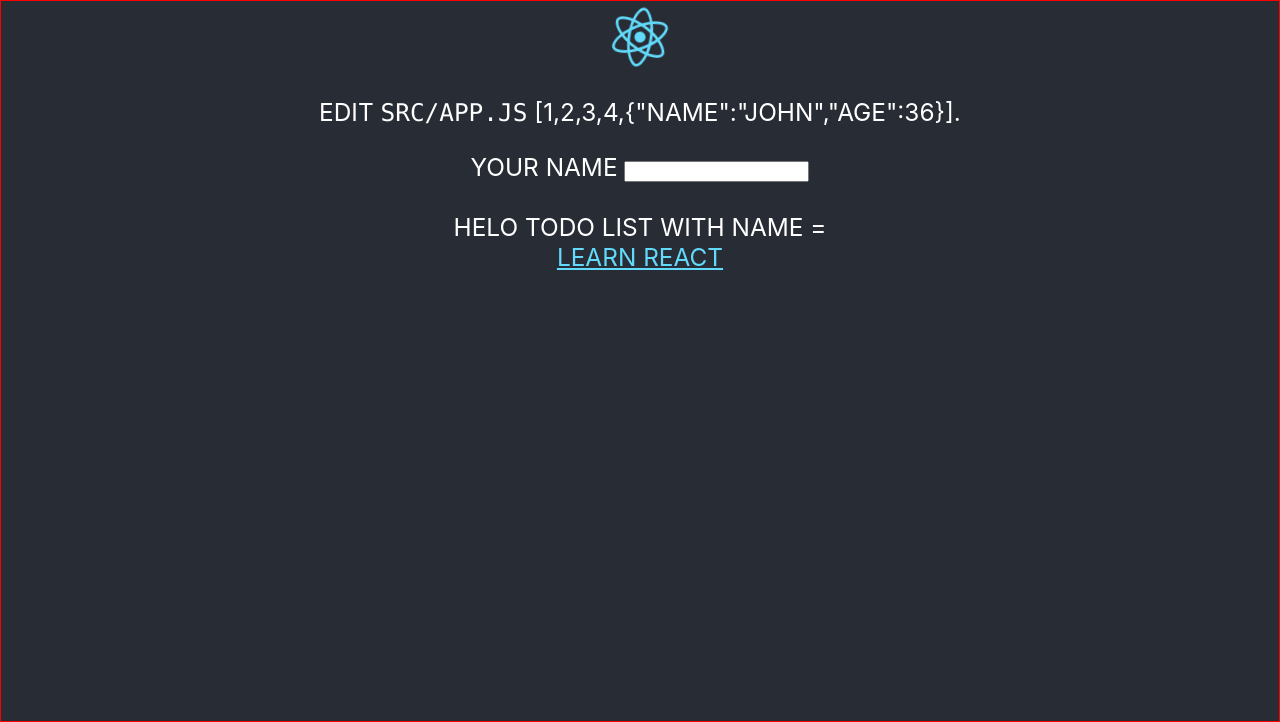
Repository: baothi/learn-reactjs
Page: /
The author's editor kept a copy of each file at every save. The page is drawn from the files as they stood at one save, then again after the next save.
The browser window is 1280 px wide. The pictures show the whole page.
The project was rebuilt for these pictures with package versions that can differ from the ones it lists, and the page was loaded fresh each time.

Above is the page before, as saved 2022-10-01 18:46:47.

### src/App.js
import logo from './logo.svg';
import './App.css';
import TodoList from './componets/TodoList';

// function App() {
const App = () => {
  const x = [1, 2, 3, 4, { name: 'John', age: 36 }]
  // const x = { name: 'John', age: 36 }
  return (
    <div className="App" style={{ border: '1px solid red', textTransform: 'uppercase' }}>
      <header className="App-header">
        <img src={logo} className="App-logo" alt="logo" />
        <p>
          Edit <code>src/App.js</code> {JSON.stringify(x)}.
          {console.log(x)}
        </p>
        <TodoList />
        <a
          className="App-link"
          href="https://reactjs.org"
          target="_blank"
          rel="noopener noreferrer"
        >
          Learn React
        </a>
      </header>
    </div>
  );
}

export default App;

### src/App.css
.App {
  text-align: center;
}

.App-logo {
  height: 10vmin;
  pointer-events: none;
}

@media (prefers-reduced-motion: no-preference) {
  .App-logo {
    animation: App-logo-spin infinite 20s linear;
  }
}

.App-header {
  background-color: #282c34;
  min-height: 100vh;
  display: flex;
  flex-direction: column;
  align-items: center;
  /* justify-content: center; */
  font-size: calc(10px + 2vmin);
  color: white;
}

.App-link {
  color: #61dafb;
}

@keyframes App-logo-spin {
  from {
    transform: rotate(0deg);
  }

  to {
    transform: rotate(360deg);
  }
}

### src/componets/TodoList.js
import React, { useState } from 'react';

const TodoList = () => {
    const [name, setName] = useState("Bao Thi tu hoc lap trinh")
    return (
        <div className="container">
            <div className="row">

                <label>Your Name   </label>
                <input type="text" />
                <br /><br />
                helo Todo list with name =
            </div>
        </div>
    )
}

// class TodoList extends React.Component {

//     // khai báo state
//     state = {
//         name: 'todoList'
//     }
//     render() {
//         return (
//             <div className="container">
//                 <div className="row">

//                     <label>Your Name   </label>
//                     <input type="text" onChange={(event) => this.setState({ name: event.target.value })} />
//                     <br /><br />
//                     helo Todo list with name = {this.state.name}
//                 </div>
//             </div>
//         )
//     }
// }

export default TodoList;

Loaded but not shown: public/index.html (common file); src/index.js (common file); src/index.css (common file); src/reportWebVitals.js (common file)

After the next save:
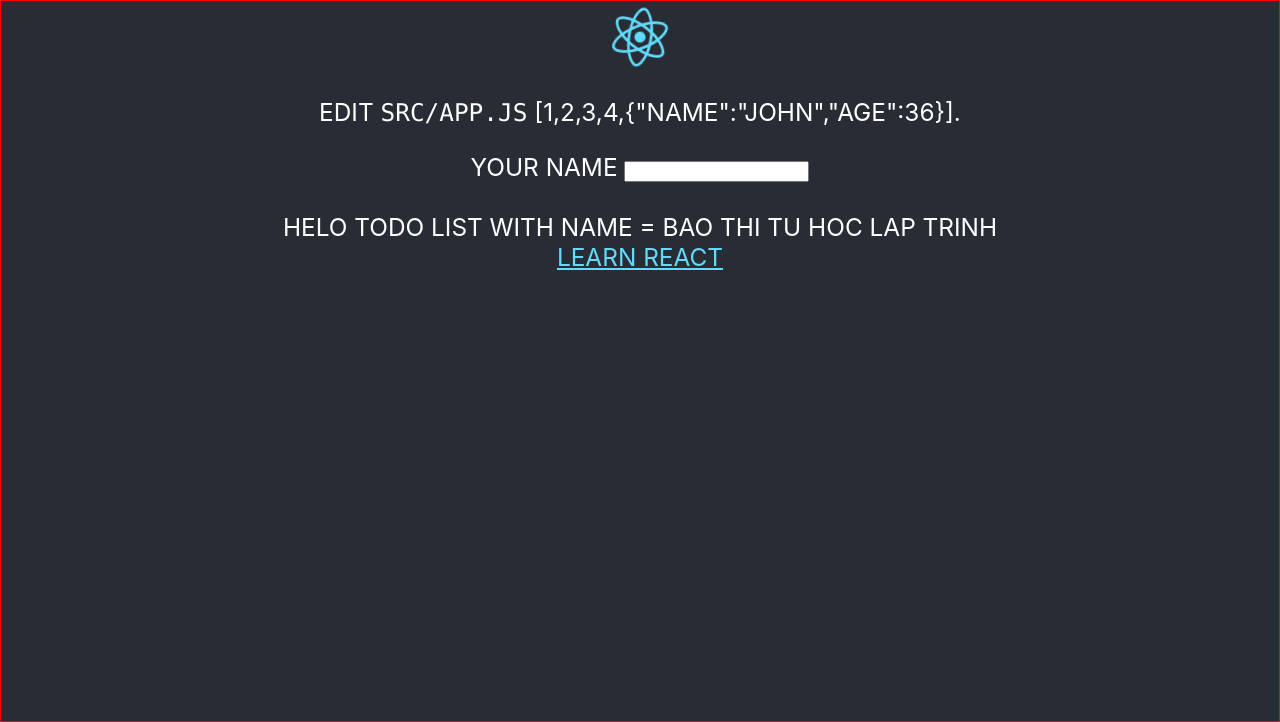
Saved 8 s later.
--- a/src/componets/TodoList.js
+++ b/src/componets/TodoList.js
@@ -9,7 +9,7 @@
                 <label>Your Name   </label>
                 <input type="text" />
                 <br /><br />
-                helo Todo list with name =
+                helo Todo list with name = {name}
             </div>
         </div>
     )
